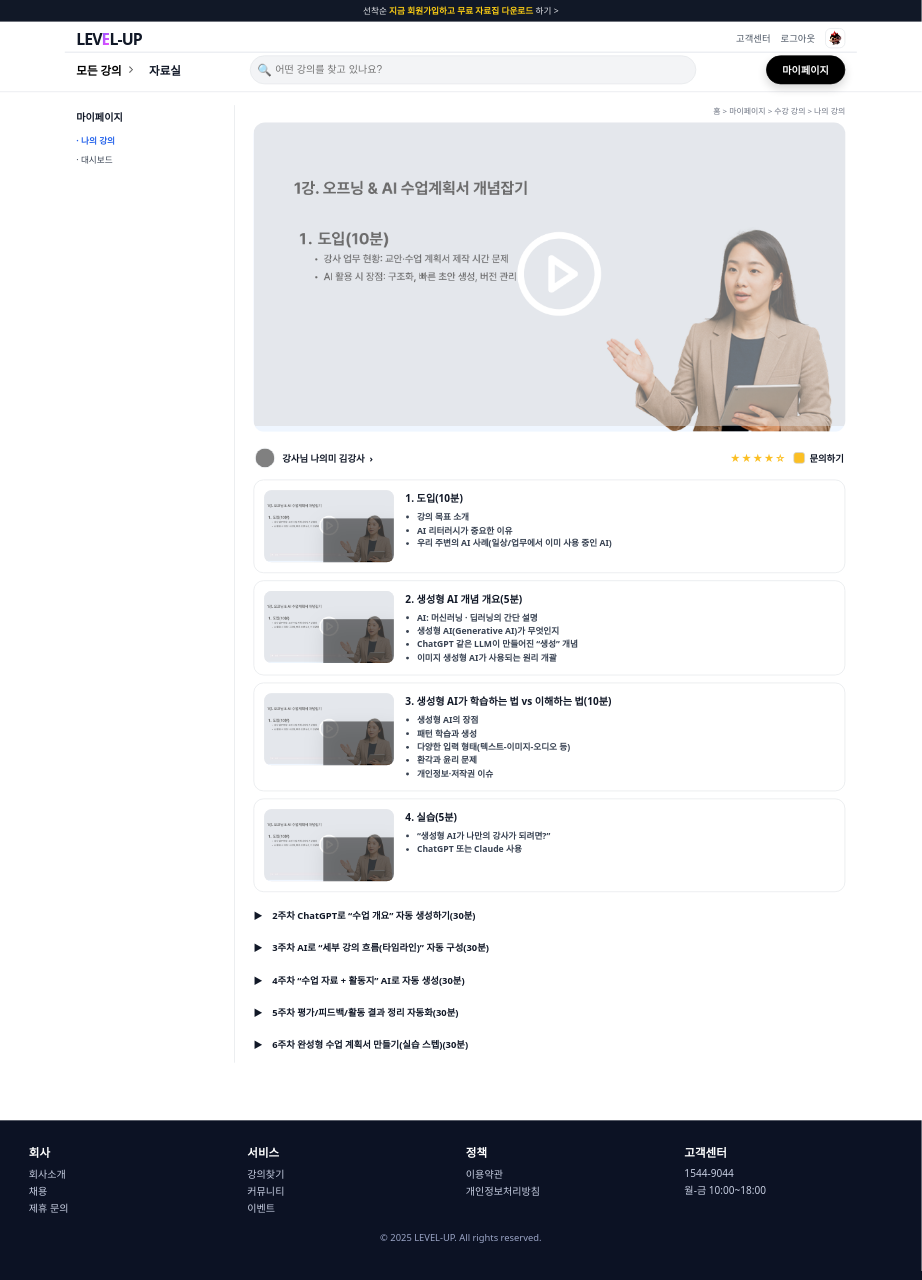
Repository: Iimchaehoon/level_up
Page: my_lecture.html
An editor plug-in stored every save of this project. The page is shown before and after the next save, followed by the edit.
The browser window is 1280 px wide. The pictures show the whole page, at 72% of full size.

Above is the page before, as saved 2025-12-14 01:37:05.

After the next save:
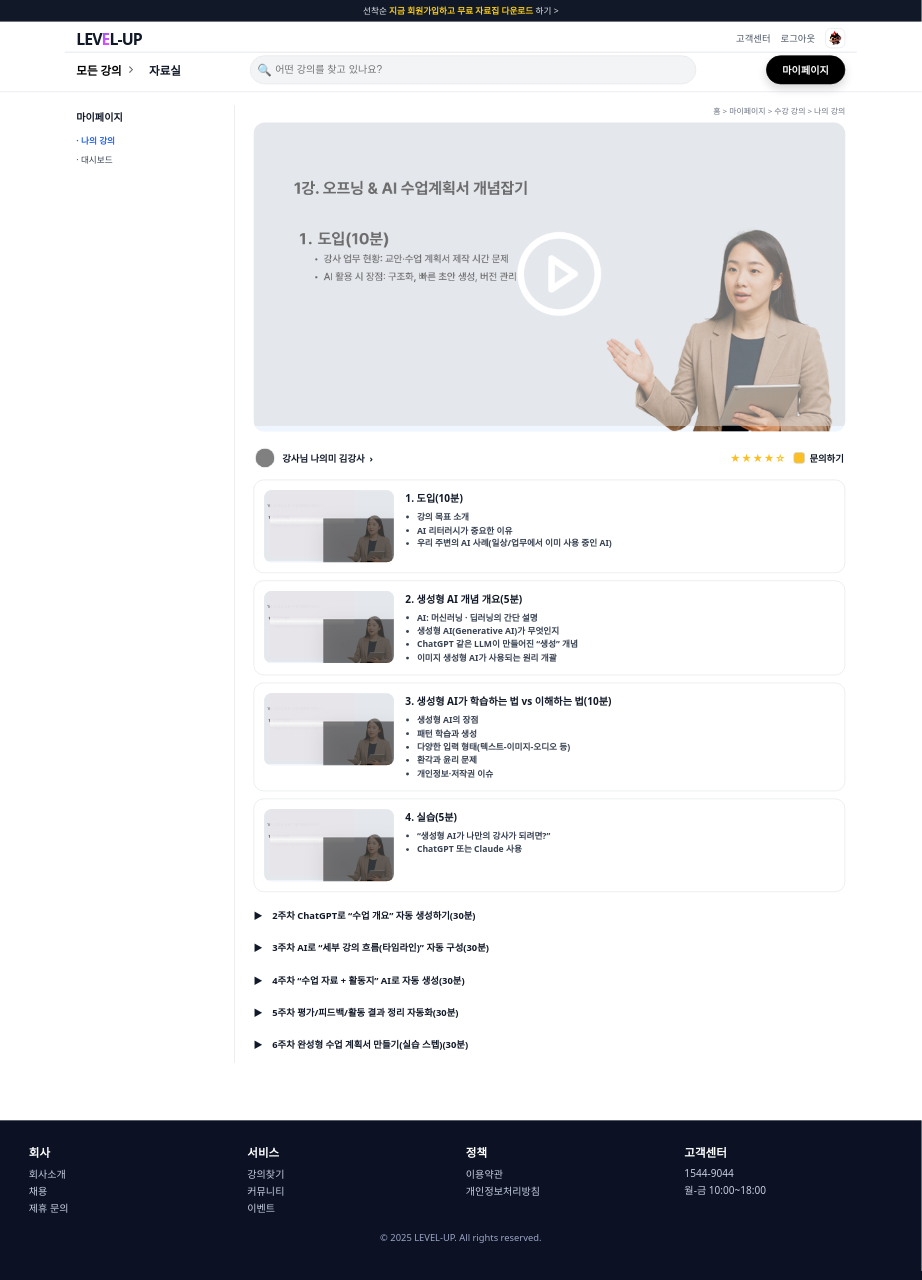
Saved 9 s later.
--- a/my_lecture.html
+++ b/my_lecture.html
@@ -277,7 +277,7 @@
       left:8px;
       bottom:8px;
       width:65%;
-      height:auto;
+      height:100%;
       object-fit:cover;
       pointer-events:none;
       opacity:.95;

After the save that followed:
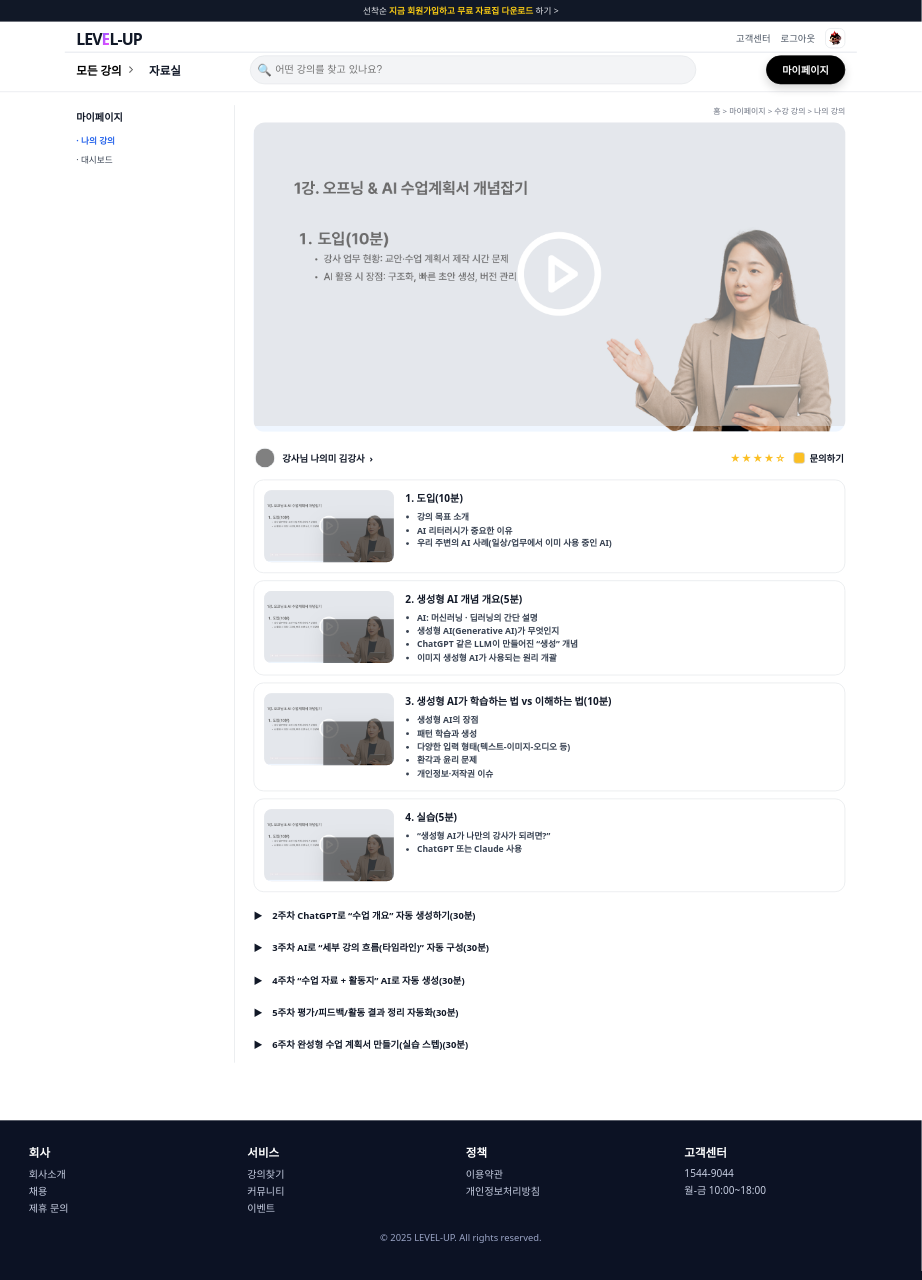
Saved 4 s later.
--- a/my_lecture.html
+++ b/my_lecture.html
@@ -277,7 +277,7 @@
       left:8px;
       bottom:8px;
       width:65%;
-      height:100%;
+      height:auto;
       object-fit:cover;
       pointer-events:none;
       opacity:.95;
